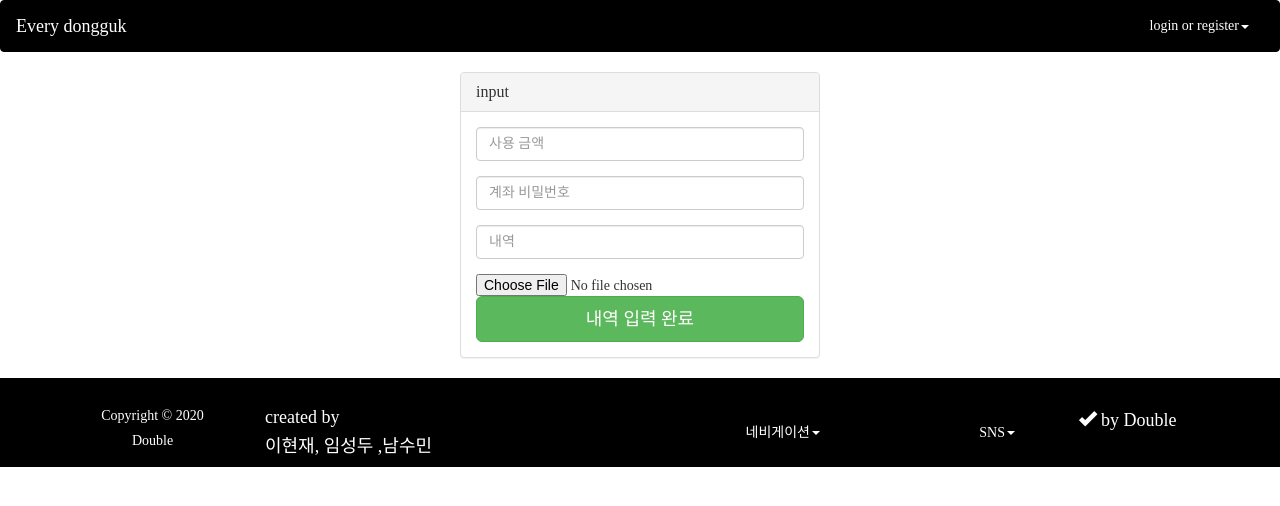
Repository: CSID-DGU/2020-1-ESCD-DOUBLE
Page: http://localhost/web/WEB-INF/views/bank/purchase.jsp
An editor plug-in stored every save of this project. The page is shown before and after the next save, followed by the edit.
The browser window is 1280 px wide. The pictures show the whole page.
Some web fonts or font styles are not loaded; a fallback is used. Some web libraries are served in a nearby version. The page is served by Tomcat 9. Nobody is signed in. The template is opened directly, without the code that normally fills it, so the values that code supplies are empty.

Above is the page before, as saved 2020-05-05 16:00:02.
Console error (its wording comes from the project's code and is left out).

After the next save:
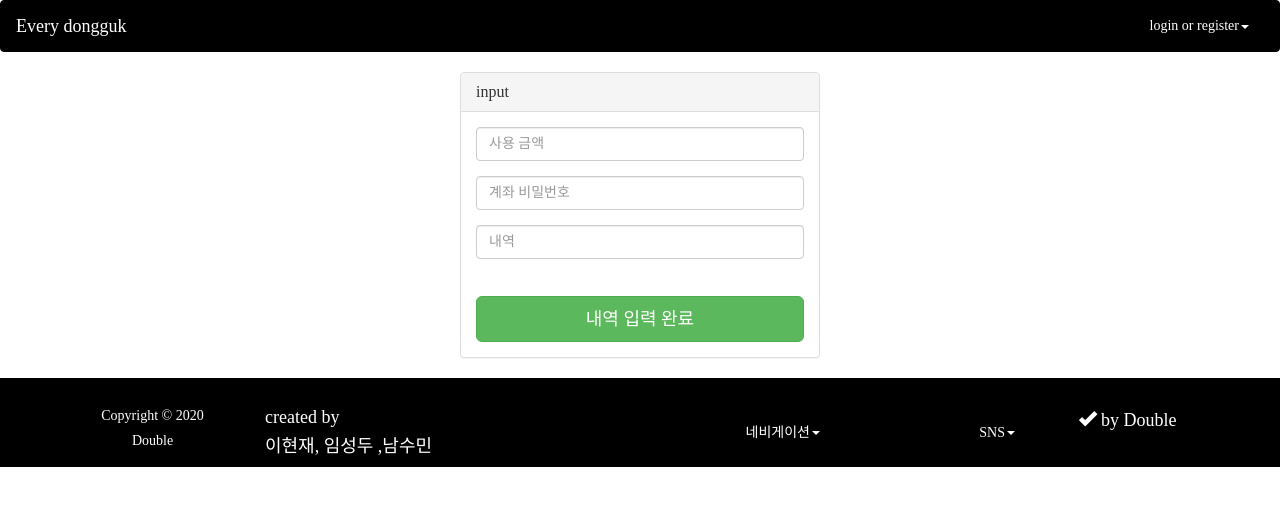
The error is gone.
Saved 22 s later.
--- a/web/src/main/webapp/WEB-INF/views/bank/purchase.jsp
+++ b/web/src/main/webapp/WEB-INF/views/bank/purchase.jsp
@@ -10,9 +10,9 @@
 <link rel="stylesheet" href="resources/css/customize.css">
 </head>
 <body>
-<script>
+<style>
 #unvisfile { visibility: hidden; }
-</script>
+</style>
 <%@include file="../template/header.jsp"%>
 
 
